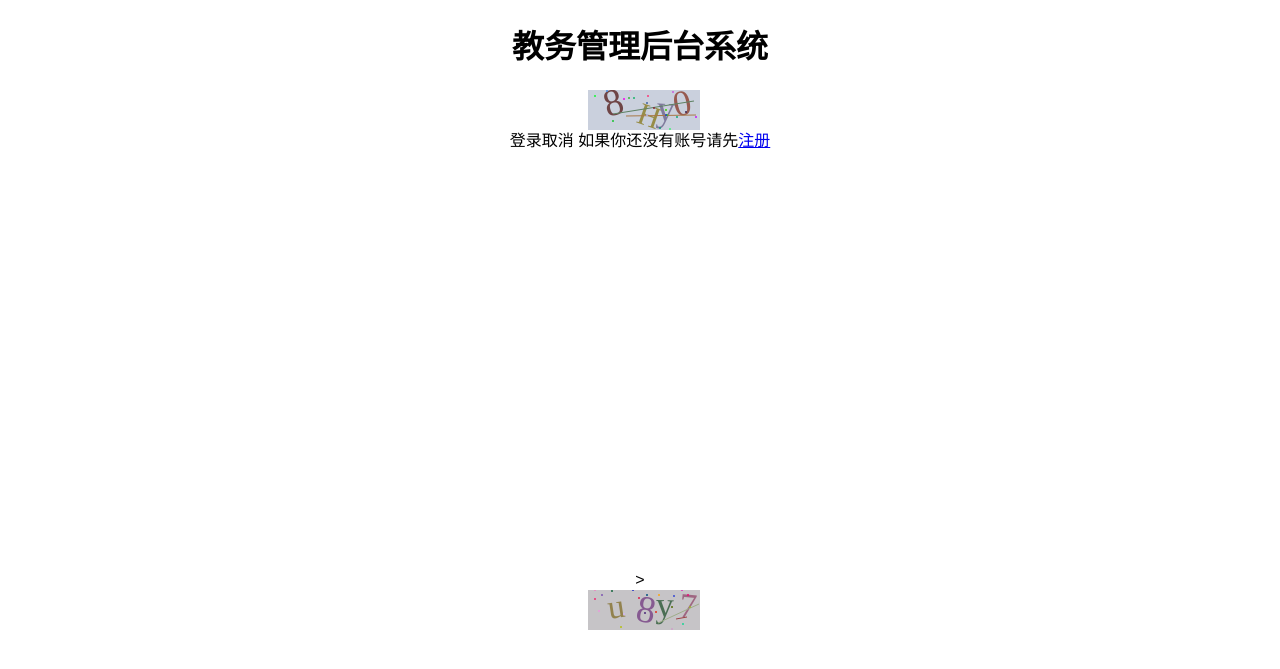
Repository: songlin-q/EducationalAdministrationSysTem
Page: / (app in EducationalAdministrationSystemUI/educationsystem/)
These files come from the project's save history. The page is drawn as it stood at one moment and after a run of saves; the edit follows.
The browser window is 1280 px wide. The pictures show the whole page.
The project was rebuilt for these pictures with package versions that can differ from the ones it lists, and the page was loaded fresh each time. Also part of the build but not shown: EducationalAdministrationSystemUI/educationsystem/vue.config.js, EducationalAdministrationSystemUI/educationsystem/src/components/HelloWorld.vue, EducationalAdministrationSystemUI/educationsystem/src/components/MainInfo.vue.

Above is the page before, as saved 2022-05-20 09:42:36.

### EducationalAdministrationSystemUI/educationsystem/src/main.js

import { createApp } from 'vue'
import ElementPlus from 'element-plus'
import 'element-plus/dist/index.css'
import App from './App.vue'
import './assets/css/global.css'//引入全局样式表
import router from './routers'//导入路由
var app=createApp(App);
app.mount('#app')
app.use(ElementPlus);
app.use(router);

### EducationalAdministrationSystemUI/educationsystem/src/App.vue
<template>
  <HelloWorld />
</template>

<script>
import HelloWorld from "./components/LoginInfo.vue";

export default {
  name: "App",
  components: {
    HelloWorld,
  },
};
</script>

<style>
#app {
  font-family: Avenir, Helvetica, Arial, sans-serif;
  -webkit-font-smoothing: antialiased;
  -moz-osx-font-smoothing: grayscale;
  text-align: center;
  color: #2c3e50;
  margin-top: 60px;
}
</style>

### EducationalAdministrationSystemUI/educationsystem/src/assets/css/global.css
/* 全局样式表 */
html,
body,
#app {
    height: 100%;
    margin: 0;
    padding: 0;
    color: black;
}

### EducationalAdministrationSystemUI/educationsystem/src/routers.js
import { createWebHistory, createRouter } from 'vue-router'//导入路由
import HelloWorld from '@/components/HelloWorld.vue'
import MainInfo from '@/components/MainInfo.vue'
import LoginInfo from '@/components/LoginInfo.vue'
//定义路由
const routes = [{
    path: '/',//组件一，path和component可以乱写，
                       //只要保持path与前面to，component和import两处相同即可
    component: LoginInfo
},
{
    path: '/Reedit',//组件一，path和component可以乱写，
                       //只要保持path与前面to，component和import两处相同即可
    component: MainInfo
}
]
const router = createRouter({
    history: createWebHistory(),
    routes
  })

  export default router

### EducationalAdministrationSystemUI/educationsystem/src/components/LoginInfo.vue
<template>
  <div style="width: 100%; height: 100%" id="bcdiv">
    <el-row
      class="row-bg"
      justify="space-evenly"
      align="middle"
      style="height: 100%"
    >
      <el-col :span="8"
        ><div class="grid-content bg-purple">
          <el-row style="width: 100%" justify="space-evenly">
            <h1>教务管理后台系统</h1>
          </el-row>
          <!-- 头像显示 -->
          <el-row>
            <el-col justify="space-evenly" style="width: 100%">
              <div class="demo-basic--circle">
                <div class="block">
                  <el-avatar :size="200" :src="circleUrl" />
                </div>
              </div>
            </el-col>
          </el-row>
          <!-- 用户名、密码输入框 -->
          <el-row style="width: 100%" justify="space-evenly">
            <el-form>
              <el-form-item label="用户名" class="colors">
                <el-input v-model="longname" placeholder="Please input" />
              </el-form-item>
              <el-form-item label="密&nbsp;&nbsp;&nbsp;&nbsp;码" class="colors">
                <el-input
                  v-model="password"
                  placeholder="Please input"
                  show-password
                />
              </el-form-item>
              <el-form-item label="验证码" class="colors">
                <el-input v-model="code" placeholder="请输入验证码" />
                <span @click.stop="refreshCode" style="cursor: pointer">
                  <s-identify :identifyCode="identifyCode"></s-identify>
                </span>
              </el-form-item>
              <!-- 按钮 -->
              <el-form-item>
                <el-button type="primary" @click="login">登录</el-button>

                <el-button @click="cancel">取消</el-button>
              </el-form-item>
              <el-form-item>
                如果你还没有账号请先<a href="#" @click="dialogVisible = true"
                  >注册</a
                >
              </el-form-item>
            </el-form>
          </el-row>
          <!-- <router-link to="/Reedit">首页</router-link>
          <router-view></router-view>
          -->
        </div>
        ></el-col
      >
    </el-row>

    <el-dialog
      v-model="dialogVisible"
      title="注册"
      width="30%"
      :before-close="handleClose"
    >
      <span>
        <el-form :model="userInfo">
          <el-form-item label="用户名" class="colors">
            <el-input v-model="userInfo.username" placeholder="Please input" />
          </el-form-item>
          <el-form-item label="密&nbsp;&nbsp;&nbsp;&nbsp;码" class="colors">
            <el-input
              v-model="userInfo.userPassword"
              placeholder="Please input"
              show-password
            />
          </el-form-item>
          <el-form-item label="邮&nbsp;&nbsp;&nbsp;&nbsp;箱" class="colors">
            <el-input v-model="userInfo.userEmail" placeholder="Please input" />
          </el-form-item>
          <el-form-item label="手机号" class="colors">
            <el-input v-model="userInfo.userTel" placeholder="Please input" />
          </el-form-item>
          <el-form-item label="验证码" class="colors">
            <el-input v-model="userInfo.userCode" placeholder="请输入验证码" />
            <span @click.stop="refreshCode2" style="cursor: pointer">
              <SIdentify2 :identifyCode="regeditidentifyCode"></SIdentify2>
            </span>
          </el-form-item>
        </el-form>
      </span>
      <template #footer>
        <span class="dialog-footer">
          <el-button @click="dialogVisible = false">取消</el-button>
          <el-button type="primary" @click="regeditsFun">注册</el-button>
        </span>
      </template>
    </el-dialog>
  </div>
</template>

<script>
import logoUrl from "../assets/Head.jpg";
import { ref } from "vue";
//这里验证码的组件使用的最笨的方法，后续优化的话可以只使用一个组件，将ID传入到父组件中就可以了
import SIdentify from "../components/Identity/IdentityCode.vue";
import SIdentify2 from "../components/Identity/IdentityCode2.vue";
export default {
  data() {
    return {
      longname: "张三",
      password: "123456",
      email: "442534979@qq.com",
      code: "",
      regeditcode: "",
      circleUrl: logoUrl,
      phone: "15356479454",
      dialogVisible: ref(false), //弹出层的使用
      // 图片验证码

      identifyCode: "8Hy0", //默认值
      regeditidentifyCode: "u8y7", //注册验证码
      // 验证码规则
      identifyCodes: "3456789ABCDEFGHGKMNPQRSTUVWXY",
      //创建一个用户类
      userInfo: {
        username: "李四",
        userTel: "18737890098",
        userEmail: "18737890098@q63.com",
        userCode: "",
        userPassword: "lisi",
      },
    };
  },
  components: {
    SIdentify,
    SIdentify2,
  },
  methods: {
    //登录方法
    login() {
      if (this.identifyCode == this.code) {
        this.$router.push({
          path: "/Reedit",
        });
      } else {
        alert("你输入的验证码不正确!");
      }
    },
    //取消方法
    cancel() {
      alert("你已经取消登录!");
    },
    // 切换验证码
    refreshCode() {
      this.identifyCode = "";

      this.makeCode(this.identifyCodes, 4);
    },
    refreshCode2() {
      this.regeditidentifyCode = "";

      this.makeCode2(this.identifyCodes, 4);
    },
    // 生成随机验证码
    makeCode(o, l) {
      for (let i = 0; i < l; i++) {
        this.identifyCode +=
          this.identifyCodes[
            Math.floor(Math.random() * (this.identifyCodes.length - 0) + 0)
          ];
      }
    },
    makeCode2(o, l) {
      for (let i = 0; i < l; i++) {
        this.regeditidentifyCode +=
          this.identifyCodes[
            Math.floor(Math.random() * (this.identifyCodes.length - 0) + 0)
          ];
      }
    },

    //注册方法
    regeditsFun() {
      alert("你已经在注册了");
      this.dialogVisible = false;
    },
  },
};
</script>
<style>
#bcdiv {
  /* background-image: url(../assets/background.jpeg); */
  width: 100%;
  height: 100%;
  position: fixed;
  background-size: 100% 100%;
}
#LoginMainDiv {
  width: 30%;
  height: 50%;
  background-color: aqua;
}
.colors .el-form-item__label {
  color: black;
}
.demo-basic {
  text-align: center;
}
.el-row {
  margin-bottom: 1.25rem;
}
.el-row:last-child {
  margin-bottom: 0;
}
.el-col {
  border-radius: 0.25rem;
  /* background-color: antiquewhite; */
}

.bg-purple {
  height: 34.375rem;
}
.grid-content {
  border-radius: 0.25rem;
  min-height: 2.25rem;
}
</style>

### EducationalAdministrationSystemUI/educationsystem/src/components/Identity/IdentityCode.vue
<template>
  <div class="s-canvas">
    <canvas
      id="s-canvas"
      :width="contentWidth"
      :height="contentHeight"
    ></canvas>
  </div>
</template>
<script>
export default {
  name: "SIdentify",

  props: {
    identifyCode: {
      type: String,
      default: "1234",
    },

    fontSizeMin: {
      type: Number,
      default: 28,
    },
    fontSizeMax: {
      type: Number,
      default: 40,
    },
    backgroundColorMin: {
      type: Number,
      default: 180,
    },
    backgroundColorMax: {
      type: Number,
      default: 240,
    },
    colorMin: {
      type: Number,
      default: 50,
    },
    colorMax: {
      type: Number,
      default: 160,
    },
    lineColorMin: {
      type: Number,
      default: 40,
    },
    lineColorMax: {
      type: Number,
      default: 180,
    },
    dotColorMin: {
      type: Number,
      default: 0,
    },
    dotColorMax: {
      type: Number,
      default: 255,
    },
    contentWidth: {
      type: Number,
      default: 112,
    },
    contentHeight: {
      type: Number,
      default: 40,
    },
  },
  methods: {
    // 生成一个随机数
    randomNum(min, max) {
      return Math.floor(Math.random() * (max - min) + min);
    },
    // 生成一个随机的颜色
    randomColor(min, max) {
      var r = this.randomNum(min, max);
      var g = this.randomNum(min, max);
      var b = this.randomNum(min, max);
      return "rgb(" + r + "," + g + "," + b + ")";
    },
    drawPic() {
      var canvas = document.getElementById("s-canvas");
      var ctx = canvas.getContext("2d");
      ctx.textBaseline = "bottom";
      // 绘制背景
      ctx.fillStyle = this.randomColor(
        this.backgroundColorMin,
        this.backgroundColorMax
      );
      ctx.fillRect(0, 0, this.contentWidth, this.contentHeight);
      // 绘制文字
      for (let i = 0; i < this.identifyCode.length; i++) {
        this.drawText(ctx, this.identifyCode[i], i);
      }
      this.drawLine(ctx);
      this.drawDot(ctx);
    },
    drawText(ctx, txt, i) {
      ctx.fillStyle = this.randomColor(this.colorMin, this.colorMax);
      ctx.font =
        this.randomNum(this.fontSizeMin, this.fontSizeMax) + "px SimHei";
      var x = (i + 1) * (this.contentWidth / (this.identifyCode.length + 1));
      var y = this.randomNum(this.fontSizeMax, this.contentHeight - 5);
      var deg = this.randomNum(-30, 30);
      // 修改坐标原点和旋转角度
      ctx.translate(x, y);
      ctx.rotate((deg * Math.PI) / 270);
      ctx.fillText(txt, 0, 0);
      // 恢复坐标原点和旋转角度
      ctx.rotate((-deg * Math.PI) / 270);
      ctx.translate(-x, -y);
    },
    drawLine(ctx) {
      // 绘制干扰线
      for (let i = 0; i < 2; i++) {
        ctx.strokeStyle = this.randomColor(
          this.lineColorMin,
          this.lineColorMax
        );
        ctx.beginPath();
        ctx.moveTo(
          this.randomNum(0, this.contentWidth),
          this.randomNum(0, this.contentHeight)
        );
        ctx.lineTo(
          this.randomNum(0, this.contentWidth),
          this.randomNum(0, this.contentHeight)
        );
        ctx.stroke();
      }
    },
    drawDot(ctx) {
      // 绘制干扰点
      for (let i = 0; i < 20; i++) {
        ctx.fillStyle = this.randomColor(0, 255);
        ctx.beginPath();
        ctx.arc(
          this.randomNum(0, this.contentWidth),
          this.randomNum(0, this.contentHeight),
          1,
          0,
          2 * Math.PI
        );
        ctx.fill();
      }
    },
  },
  watch: {
    identifyCode() {
      this.drawPic();
    },
  },
  mounted() {
    this.drawPic();
  },
};
</script>
<style scoped>
.s-canvas {
  height: 38px;
}
.s-canvas canvas {
  margin-top: 1px;
  margin-left: 8px;
}
</style>

### EducationalAdministrationSystemUI/educationsystem/src/components/Identity/IdentityCode2.vue
<template>
  <div class="s-canvas">
    <canvas
      id="s-canvas2"
      :width="contentWidth"
      :height="contentHeight"
    ></canvas>
  </div>
</template>
<script>
export default {
  name: "SIdentify",

  props: {
    identifyCode: {
      type: String,
      default: "1234",
    },

    fontSizeMin: {
      type: Number,
      default: 28,
    },
    fontSizeMax: {
      type: Number,
      default: 40,
    },
    backgroundColorMin: {
      type: Number,
      default: 180,
    },
    backgroundColorMax: {
      type: Number,
      default: 240,
    },
    colorMin: {
      type: Number,
      default: 50,
    },
    colorMax: {
      type: Number,
      default: 160,
    },
    lineColorMin: {
      type: Number,
      default: 40,
    },
    lineColorMax: {
      type: Number,
      default: 180,
    },
    dotColorMin: {
      type: Number,
      default: 0,
    },
    dotColorMax: {
      type: Number,
      default: 255,
    },
    contentWidth: {
      type: Number,
      default: 112,
    },
    contentHeight: {
      type: Number,
      default: 40,
    },
  },
  methods: {
    // 生成一个随机数
    randomNum(min, max) {
      return Math.floor(Math.random() * (max - min) + min);
    },
    // 生成一个随机的颜色
    randomColor(min, max) {
      var r = this.randomNum(min, max);
      var g = this.randomNum(min, max);
      var b = this.randomNum(min, max);
      return "rgb(" + r + "," + g + "," + b + ")";
    },
    drawPic() {
      var canvas = document.getElementById("s-canvas2");
      var ctx = canvas.getContext("2d");
      ctx.textBaseline = "bottom";
      // 绘制背景
      ctx.fillStyle = this.randomColor(
        this.backgroundColorMin,
        this.backgroundColorMax
      );
      ctx.fillRect(0, 0, this.contentWidth, this.contentHeight);
      // 绘制文字
      for (let i = 0; i < this.identifyCode.length; i++) {
        this.drawText(ctx, this.identifyCode[i], i);
      }
      this.drawLine(ctx);
      this.drawDot(ctx);
    },
    drawText(ctx, txt, i) {
      ctx.fillStyle = this.randomColor(this.colorMin, this.colorMax);
      ctx.font =
        this.randomNum(this.fontSizeMin, this.fontSizeMax) + "px SimHei";
      var x = (i + 1) * (this.contentWidth / (this.identifyCode.length + 1));
      var y = this.randomNum(this.fontSizeMax, this.contentHeight - 5);
      var deg = this.randomNum(-30, 30);
      // 修改坐标原点和旋转角度
      ctx.translate(x, y);
      ctx.rotate((deg * Math.PI) / 270);
      ctx.fillText(txt, 0, 0);
      // 恢复坐标原点和旋转角度
      ctx.rotate((-deg * Math.PI) / 270);
      ctx.translate(-x, -y);
    },
    drawLine(ctx) {
      // 绘制干扰线
      for (let i = 0; i < 2; i++) {
        ctx.strokeStyle = this.randomColor(
          this.lineColorMin,
          this.lineColorMax
        );
        ctx.beginPath();
        ctx.moveTo(
          this.randomNum(0, this.contentWidth),
          this.randomNum(0, this.contentHeight)
        );
        ctx.lineTo(
          this.randomNum(0, this.contentWidth),
          this.randomNum(0, this.contentHeight)
        );
        ctx.stroke();
      }
    },
    drawDot(ctx) {
      // 绘制干扰点
      for (let i = 0; i < 20; i++) {
        ctx.fillStyle = this.randomColor(0, 255);
        ctx.beginPath();
        ctx.arc(
          this.randomNum(0, this.contentWidth),
          this.randomNum(0, this.contentHeight),
          1,
          0,
          2 * Math.PI
        );
        ctx.fill();
      }
    },
  },
  watch: {
    identifyCode() {
      this.drawPic();
    },
  },
  mounted() {
    this.drawPic();
  },
};
</script>
<style scoped>
.s-canvas {
  height: 38px;
}
.s-canvas canvas {
  margin-top: 1px;
  margin-left: 8px;
}
</style>

Loaded but not shown: EducationalAdministrationSystemUI/educationsystem/public/index.html (common file)

After the next 5 saves:
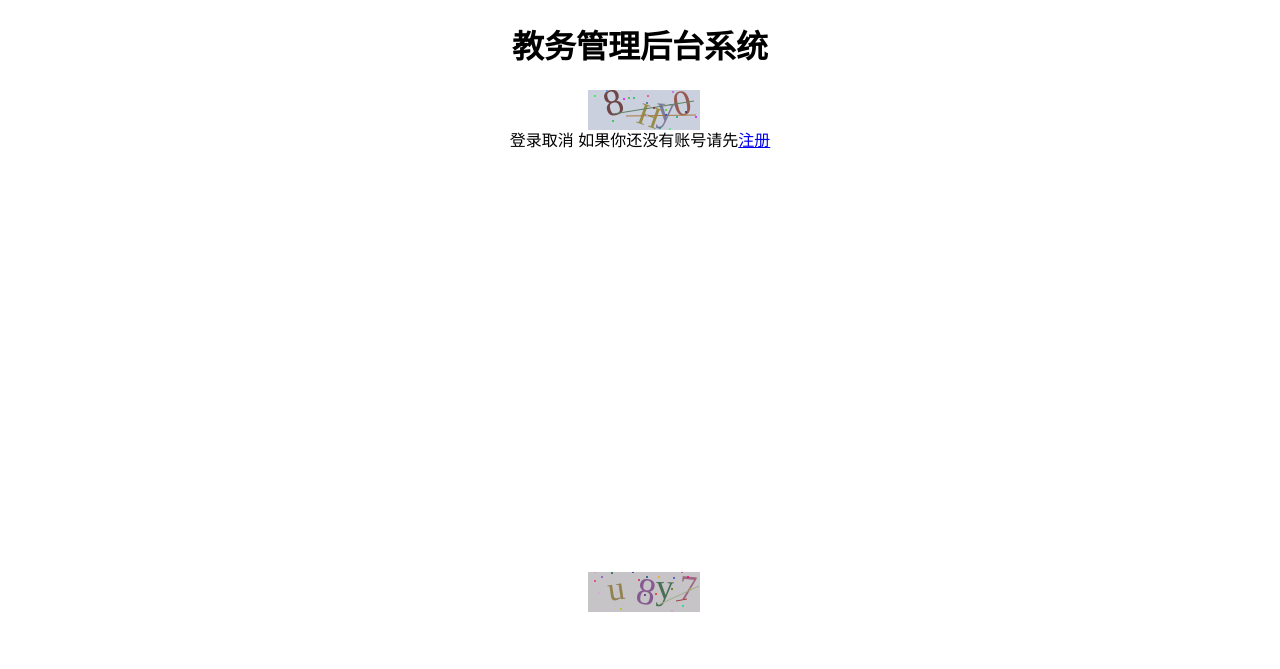
The 5 saves are shown as one change because 1 did not build or start and some came seconds apart.
The last was saved 39 s later.
--- a/EducationalAdministrationSystemUI/educationsystem/src/components/LoginInfo.vue
+++ b/EducationalAdministrationSystemUI/educationsystem/src/components/LoginInfo.vue
@@ -54,10 +54,8 @@
             </el-form>
           </el-row>
           <!-- <router-link to="/Reedit">首页</router-link>
-          <router-view></router-view>
-          -->
-        </div>
-        ></el-col
+          <router-view></router-view> -->
+        </div></el-col
       >
     </el-row>
 
